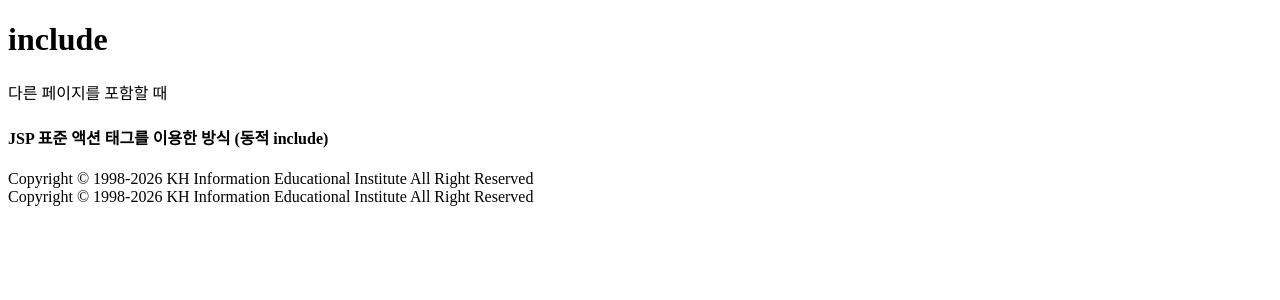
Repository: ghksl0204-shapa/dynamic-web
Page: http://localhost/ActionProject/include.do
An editor plug-in stored every save of this project. The page is shown before and after the next save, followed by the edit.
The browser window is 1280 px wide. The pictures show the whole page.
The page is served by Tomcat 9.

Above is the page before, as saved 2026-05-06 07:49:32.
Console error: SyntaxError: Identifier 'date' has already been declared

After the next save:
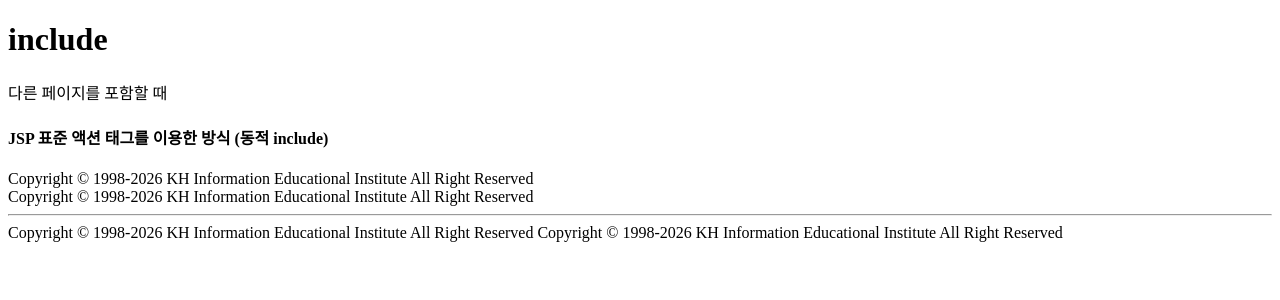
Saved 13 min 39 s later.
--- a/ActionProject/src/main/webapp/WEB-INF/views/include.jsp
+++ b/ActionProject/src/main/webapp/WEB-INF/views/include.jsp
@@ -28,6 +28,16 @@
 	 -->
 	 <jsp:include page="footer.jsp" />
 
+	 <hr>
+
+	 <jsp:include page="footer.jsp">
+	 	<jsp:param name="test" value="hi"/>
+	 </jsp:include>
+
+	 <jsp:include page="footer.jsp">
+	 	<jsp:param name="test" value="bye"/>
+	 </jsp:include>
+
 
 
 
